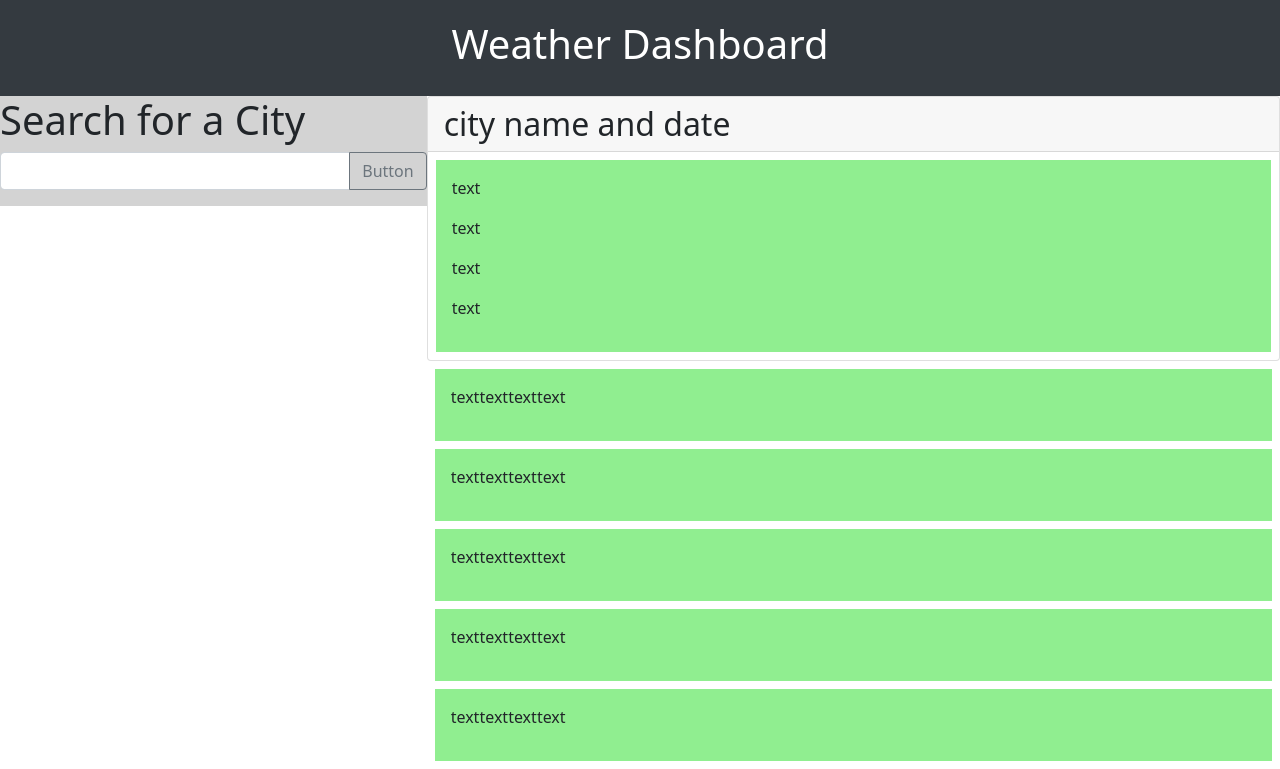
Repository: ziffoit/Weather_Dashboard
Page: index.html
An editor plug-in stored every save of this project. The page is shown before and after the next save, followed by the edit.
The browser window is 1280 px wide. The pictures show the whole page.

Above is the page before, as saved 2021-03-25 15:20:22.

After the next save:
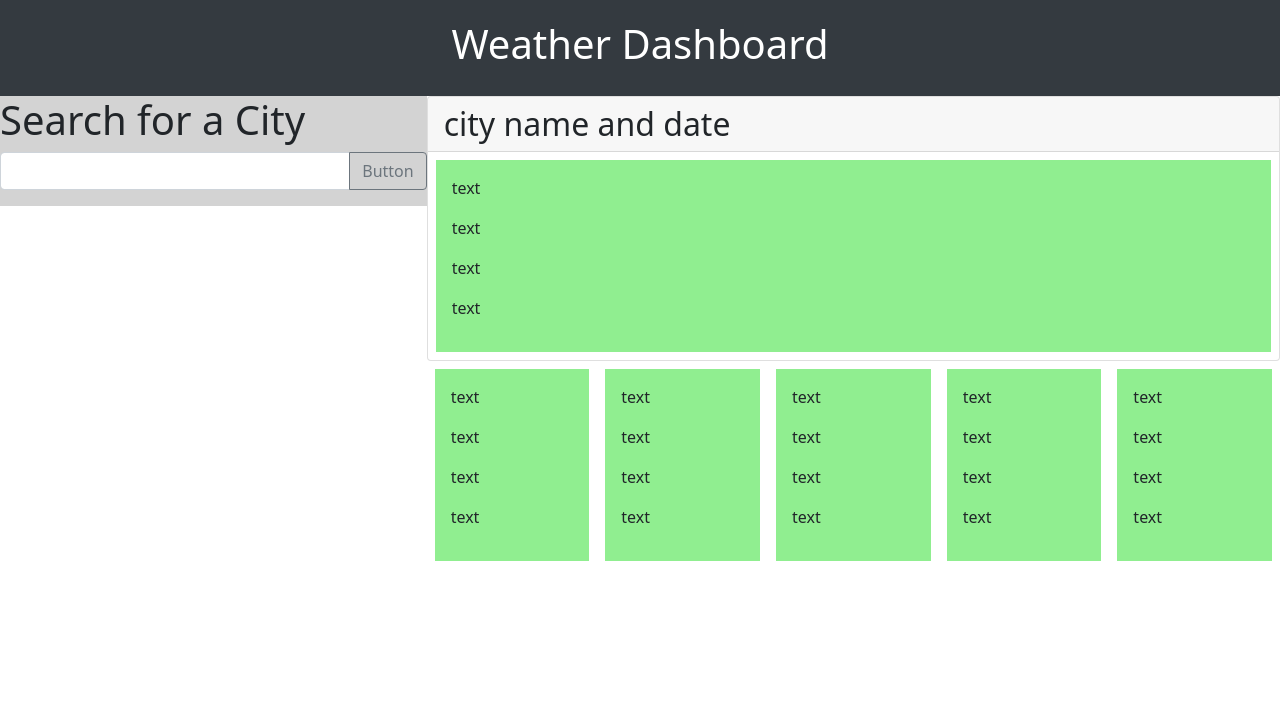
Saved 30 s later.
--- a/index.html
+++ b/index.html
@@ -40,32 +40,32 @@
             <p>text</p>
           </div>
         </div>
-        <section class="row-col-5">
-          <div class="card-body d-flex flex-row">
+        <section class="row-col-5 d-flex flex-row">
+          <div class="card-body">
             <p>text</p>
             <p>text</p>
             <p>text</p>
             <p>text</p>
           </div>
-          <div class="card-body d-flex flex-row">
+          <div class="card-body">
             <p>text</p>
             <p>text</p>
             <p>text</p>
             <p>text</p>
           </div>
-          <div class="card-body d-flex flex-row">
+          <div class="card-body">
             <p>text</p>
             <p>text</p>
             <p>text</p>
             <p>text</p>
           </div>
-          <div class="card-body d-flex flex-row">
+          <div class="card-body">
             <p>text</p>
             <p>text</p>
             <p>text</p>
             <p>text</p>
           </div>
-          <div class="card-body d-flex flex-row">
+          <div class="card-body">
             <p>text</p>
             <p>text</p>
             <p>text</p>
